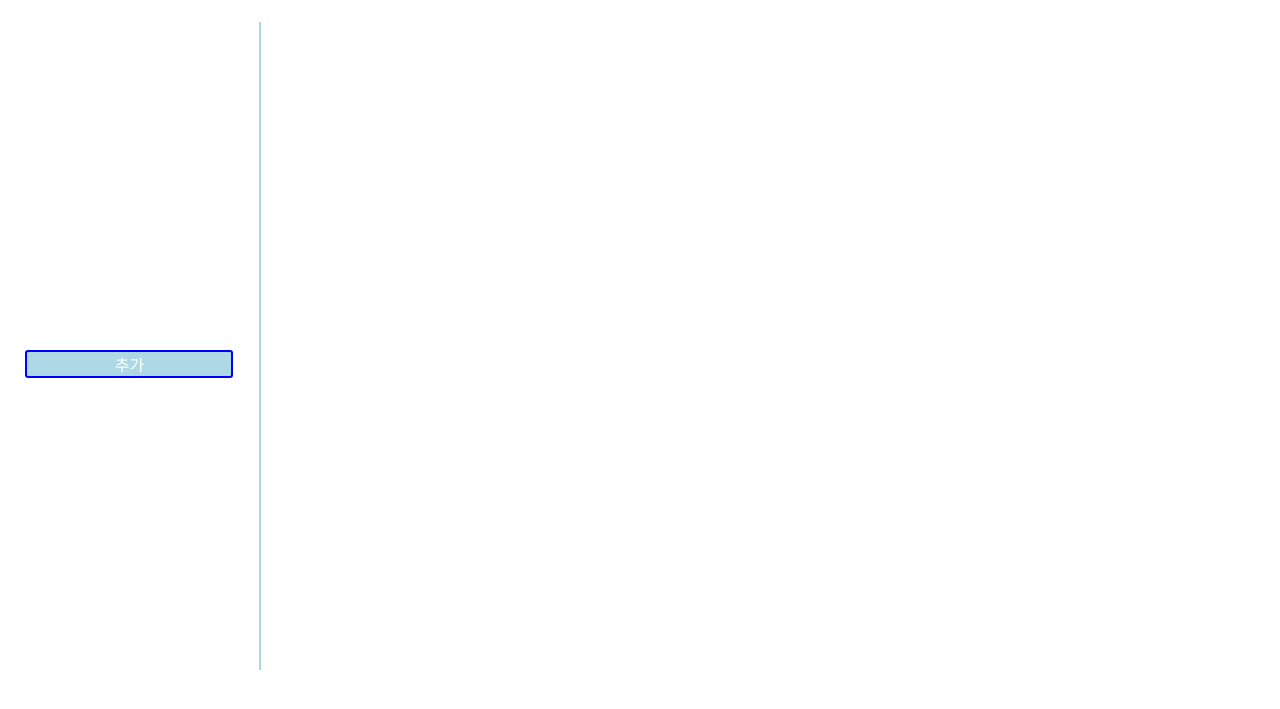
Repository: kKn00077/IOUSOFT
Page: http://localhost/Q2/bookmark.jsp
An editor plug-in stored every save of this project. The page is shown before and after the next save, followed by the edit.
The browser window is 1280 px wide. The pictures show the whole page.
The page is served by Tomcat 9. Queries for data that is not in the repository find no rows.

Above is the page before, as saved 2018-11-22 10:42:37.

### Q2/WebContent/bookmark.jsp
<%@page import="Connection.Mysql.MysqlConnectJDBC.MySQLConnection"%>
<%@page import="java.sql.ResultSet"%>
<%@page import="java.sql.PreparedStatement"%>
<%@page import="java.sql.Connection"%>

<%@ page language="java" contentType="text/html; charset=UTF-8"
    pageEncoding="UTF-8"%>

<!DOCTYPE html PUBLIC "-//W3C//DTD HTML 4.01 Transitional//EN" "http://www.w3.org/TR/html4/loose.dtd">
<html>
<head>
<meta http-equiv="Content-Type" content="text/html; charset=UTF-8">
<title>북마크 사이트</title>
<link rel= "stylesheet" type="text/css" href="but.css">
<style>
	body{
		margin:0;
		padding:0;
	}

	#my-iframe{
		display:block;
		border:none;
		border-left:2px solid lightblue;
		height:90vh;
		margin-top:20px;
		margin-bottom:20px;
	}

	table{
		width:100%;
	}


	table tr td{
		text-align:center;
		padding:0;
		margin:0;
	}

	ul{
		padding:0;
		margin:auto;
		width:80%;
	}

	li{
		margin:10px;
	}
</style>

</head>
<body>

<table>
<tr>

<td>
<ul>

<%



Connection conn=null;
PreparedStatement pstmt=null;
ResultSet rs=null;
conn=MySQLConnection.GetMySQLConnection();

request.setCharacterEncoding("utf-8");

String sql="select * from bookmark";
pstmt=conn.prepareStatement(sql);

rs=pstmt.executeQuery();


while(rs.next()){
	int num=rs.getInt(1);
	String getName=rs.getString(2);
	String getURL=rs.getString(3);
	%>

	<li><a href="<%=getURL%>" target="view"><%=getName%></a> [<a href="delete.jsp?num=<%=num%>" style="color:black" target="view">삭제</a>]</li>
<%
}

MySQLConnection.close(conn);
MySQLConnection.close(pstmt);
MySQLConnection.close(rs);
%>

</ul>

<br><br><a href="add.jsp" id="add_but" style="width:80%; margin:auto;" target="view">추가</a>

</td>

<td style="width:80%;">
<iframe id="my-iframe" name="view" style="width:100%;" scrolling="yes"/>
</td>

</tr>

</table>

</body>
</html>

### Q2/src/Connection/Mysql/MysqlConnectJDBC/MySQLConnection.java
package Connection.Mysql.MysqlConnectJDBC;

import java.sql.Connection;
import java.sql.DriverManager;
import java.sql.PreparedStatement;
import java.sql.ResultSet;
import java.sql.SQLException;
import java.sql.Statement;

public class MySQLConnection {
public static Connection GetMySQLConnection() {

		Connection conn=null;

		try{
			 String jdbcDriver = "jdbc:mysql://localhost:3306/mysql?useUnicode=true&characterEncoding=utf8&verifyServerCertificate=false&useSSL=false&serverTimezone=UTC";
			 String dbUser = "root";
			 String dbPass = "1234";
			 System.out.println("잘옴");
			 Class.forName("com.mysql.cj.jdbc.Driver");

			 System.out.println("클래스찾음");
			 conn = DriverManager.getConnection(jdbcDriver, dbUser, dbPass);
			 System.out.println("연결됨");


		}catch(ClassNotFoundException e) {
			System.out.println("드라이버가 없음");
		}catch(SQLException e){
			e.printStackTrace();
			System.out.println("사용자 계정 혹은 비번 불일치");
		}catch(Exception e) {
			e.printStackTrace();
		}

		return conn;
	}

	public static void close(Connection conn) {
		try{if(conn!=null) {conn.close();}}catch(Exception e) {e.printStackTrace();}
	}

	public static void close(Statement stmt) {
		try{if(stmt!=null) {stmt.close();}}catch(Exception e) {e.printStackTrace();}
	}

	public static void close(PreparedStatement pstmt) {
		try{if(pstmt!=null) {pstmt.close();}}catch(Exception e) {e.printStackTrace();}
	}

	public static void close(ResultSet rs) {
		try{if(rs!=null) {rs.close();}}catch(Exception e) {e.printStackTrace();}
	}
}

### Q2/WebContent/but.css
@charset "UTF-8";

#add_but{
		border:2px solid blue;
		border-radius: 3px;
		background-color:lightblue;
		color:white;
		text-decoration: none;
		display:block;
}

After the next save:
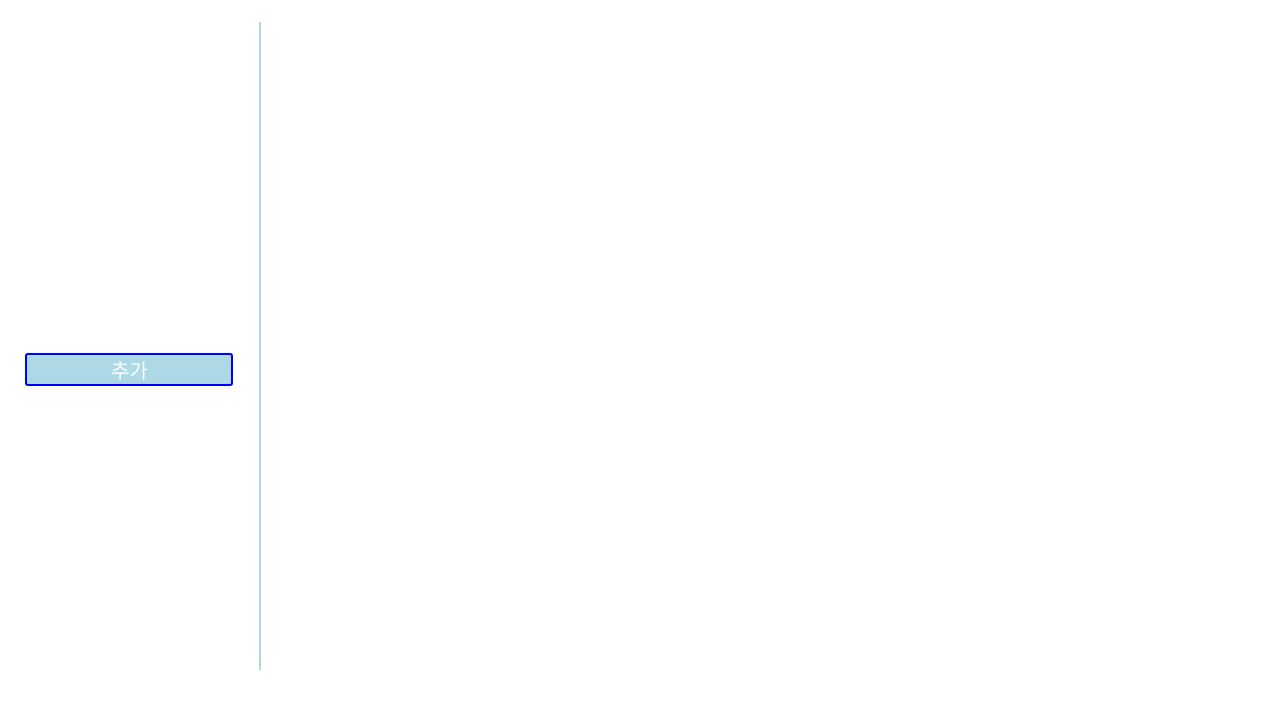
Saved 13 min 45 s later.
--- a/Q2/WebContent/but.css
+++ b/Q2/WebContent/but.css
@@ -1,4 +1,7 @@
 @charset "UTF-8";
+*{
+	font-size:20px;
+}
 
 #add_but{
 		border:2px solid blue;
